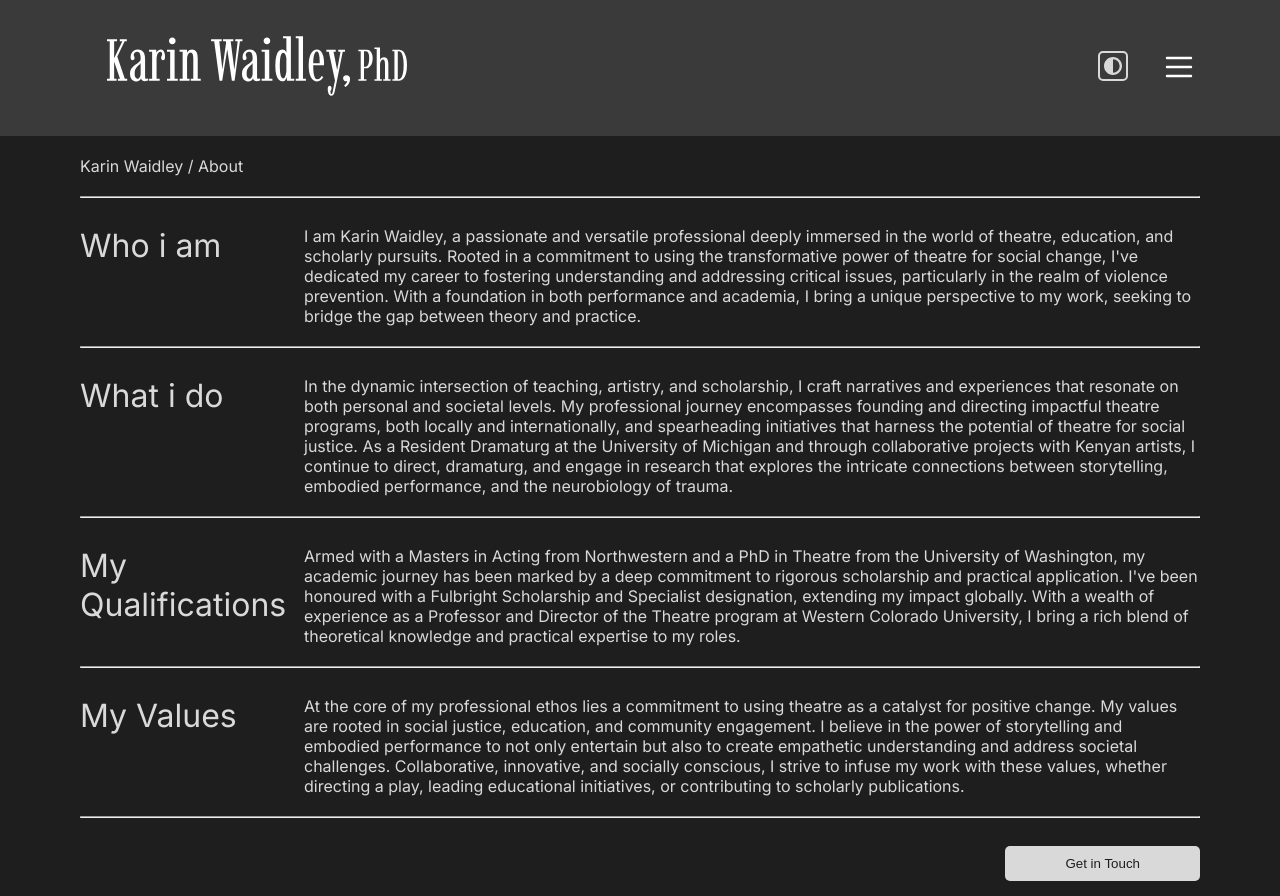
Repository: Ceasor7/Karin
Page: about.html
An editor plug-in stored every save of this project. The page is shown before and after the next save, followed by the edit.
The browser window is 1280 px wide. The pictures show the whole page.

Above is the page before, as saved 2023-12-15 21:18:51.

### about.html
<!DOCTYPE html>
<html lang="en">

<head>
    <meta charset="UTF-8">
    <meta name="viewport" content="width=device-width, initial-scale=1.0">
    <link rel="preconnect" href="https://fonts.googleapis.com">
    <link rel="preconnect" href="https://fonts.gstatic.com" crossorigin>
    <link href="https://fonts.googleapis.com/css2?family=Inter:wght@100;300;400;500;600;700;900&display=swap"
        rel="stylesheet">
    <link rel="stylesheet" href="stingo.css">
    <title>Karin Waidley,PhD | About</title>
    <style>
        ::-webkit-scrollbar {
            width: .8em;
            border-radius: .3rem;
            background-color: hsl(0, 0%, 65%);
        }

        ::-webkit-scrollbar-thumb {
            border-radius: .3rem;
            background-color: hsl(0, 0%, 55%);
        }

        ::-webkit-scrollbar-thumb:hover {
            background-color: hsl(0, 0%, 45%);
        }

        /* Global styles */
        body {
            font-family: 'Inter', sans-serif;
            background-color: var(--primary-color);
        }

        :root {
            --primary-color: #1E1E1E;
            --secondary-color: #D9D9D9;
        }

        .darkmode {
            --primary-color: #D9D9D9;
            --secondary-color: #1E1E1E;
        }

        /* about page */
        nav {
            float: left;
            width: 20%;
            font-size: 2em;
            color: var(--secondary-color);
        }

        article {
            float: left;
            width: 80%;
            margin-bottom: 20px;
            color: var(--secondary-color);
        }

        /* Clear floats after the columns */
        section::after {
            content: "";
            display: table;
            clear: both;
        }

        .about-button {
            margin-top: 20px;
            text-align: right;
            margin-bottom: 15px;
            margin-right: 80px;
        }

        .contact-button {
            padding: 10px;
            background-color: var(--secondary-color);
            color: var(--primary-color);
            padding-left: 60px;
            padding-right: 60px;
            border-radius: 5px;
            border: none;
            cursor: pointer;
        }

        .page-title {
            margin-bottom: 20px;
            color: var(--secondary-color);
        }

        /* about page */
        /* navbar */
        /* Resetting some default styles for better consistency */
        body,
        h1,
        h2,
        h3,
        p,
        ul,
        li {
            margin: 0;
            padding: 0;
            list-style: none;
        }

        /* Navbar styles */
        header {
            background-color: #3A3A3A;
            color: white;
            padding: 10px 0;
        }

        .navbar {
            display: flex;
            justify-content: space-between;
            align-items: center;
            padding: 20px;
            margin-left: 60px;
            margin-right: 60px;
        }

        .navbar-logo img {
            height: 72px;
            width: 300px;
            margin-left: 27px;
        }

        .navbar-icons {
            display: flex;
            gap: 10px;
        }

        .dark-mode-toggle {
            color: #D9D9D9;
            border: 2px solid currentColor;
            padding: 4px;
            background: transparent;
            cursor: pointer;
            border-radius: 5px;
            width: 30px;
            height: 30px;
        }

        .dark-mode-toggle,
        .svg-icon {
            margin-right: 20px;
        }

        /* Main content styles */
        section {
            margin-top: 20px;
            margin-left: 80px;
            margin-right: 80px;
        }

        /* navbar */
        /* sidebar menu */
        .sidebarmenu {
            background: transparent;
            border: none;
        }

        .sidebar {
            height: 100%;
            width: 0;
            position: fixed;
            right: 0;
            background-color: #333;
            overflow-x: hidden;
            transition: 0.5s;
            padding-top: 60px;
        }

        .sidebar a {
            padding: 8px 8px 8px 32px;
            text-decoration: none;
            font-size: 18px;
            color: white;
            display: block;
            transition: 0.3s;
        }

        .sidebar a:hover {
            color: #D9D9D9;
            padding: 16px;
        }

        .sidebar .closebtn {
            position: absolute;
            top: 0;
            right: 25px;
            font-size: 36px;
            margin-left: 50px;
        }

        #main {
            transition: margin-right .5s;
        }
    </style>
</head>

<body>
    <div id="mySidebar" class="sidebar">
        <a href="javascript:void(0)" class="closebtn" onclick="closeNav()">×</a>
        <a href="about.html">About</a>
        <a href="contact.html">Contact</a>
    </div>
    <header>
        <div class="navbar">
            <div class="navbar-logo">
                <img src="images/Karin.svg">
            </div>
            <div class="navbar-icons">
                <button id="dark-mode-toggle" class="dark-mode-toggle">
                    <svg width="100%" xmlns="http://www.w3.org/2000/svg" viewBox="0 0 496 496">
                        <path fill="currentColor"
                            d="M8,256C8,393,119,504,256,504S504,393,504,256,393,8,256,8,8,119,8,256ZM256,440V72a184,184,0,0,1,0,368Z"
                            transform="translate(-8 -8)" />
                    </svg>
                </button>
                <button class="sidebarmenu" onclick="openNav()">
                    <svg xmlns="http://www.w3.org/2000/svg" x="0px" y="0px" width="30" height="30" viewBox="0 0 50 50"
                        style="fill:#FFFFFF;">
                        <path
                            d="M 5 8 A 2.0002 2.0002 0 1 0 5 12 L 45 12 A 2.0002 2.0002 0 1 0 45 8 L 5 8 z M 5 23 A 2.0002 2.0002 0 1 0 5 27 L 45 27 A 2.0002 2.0002 0 1 0 45 23 L 5 23 z M 5 38 A 2.0002 2.0002 0 1 0 5 42 L 45 42 A 2.0002 2.0002 0 1 0 45 38 L 5 38 z">
                        </path>
                    </svg>
                </button>
            </div>
        </div>
    </header>
    <div id="main">
        <section>
            <p class="page-title">Karin Waidley / About</p>
            <hr>
        </section>

        <section>
            <nav>
                Who i am
            </nav>

            <article>
                I am Karin Waidley, a passionate and versatile professional deeply immersed in the world of theatre,
                education, and scholarly pursuits. Rooted in a commitment to using the transformative power of theatre
                for
                social change, I've dedicated my career to fostering understanding and addressing critical issues,
                particularly in the realm of violence prevention. With a foundation in both performance and academia, I
                bring a unique perspective to my work, seeking to bridge the gap between theory and practice.
            </article>
            <hr>
        </section>
        <section>
            <nav>
                What i do
            </nav>

            <article>
                In the dynamic intersection of teaching, artistry, and scholarship, I craft narratives and experiences
                that
                resonate on both personal and societal levels. My professional journey encompasses founding and
                directing
                impactful theatre programs, both locally and internationally, and spearheading initiatives that harness
                the
                potential of theatre for social justice. As a Resident Dramaturg at the University of Michigan and
                through
                collaborative projects with Kenyan artists, I continue to direct, dramaturg, and engage in research that
                explores the intricate connections between storytelling, embodied performance, and the neurobiology of
                trauma.
            </article>
            <hr>
        </section>
        <section>
            <nav>
                My Qualifications
            </nav>

            <article>
                Armed with a Masters in Acting from Northwestern and a PhD in Theatre from the University of Washington,
                my
                academic journey has been marked by a deep commitment to rigorous scholarship and practical application.
                I've been honoured with a Fulbright Scholarship and Specialist designation, extending my impact
                globally.
                With a wealth of experience as a Professor and Director of the Theatre program at Western Colorado
                University, I bring a rich blend of theoretical knowledge and practical expertise to my roles.
            </article>
            <hr>
        </section>

        <section>
            <nav>
                My Values
            </nav>

            <article>
                At the core of my professional ethos lies a commitment to using theatre as a catalyst for positive
                change.
                My values are rooted in social justice, education, and community engagement. I believe in the power of
                storytelling and embodied performance to not only entertain but also to create empathetic understanding
                and
                address societal challenges. Collaborative, innovative, and socially conscious, I strive to infuse my
                work
                with these values, whether directing a play, leading educational initiatives, or contributing to
                scholarly
                publications.
            </article>
            <hr>
        </section>
        <div class="about-button">
            <a href="contact.html">
                <button class="contact-button">Get in Touch</button>
            </a>

        </div>
    </div>
    <script>
        function openNav() {
            document.getElementById("mySidebar").style.width = "250px";
            document.getElementById("main").style.marginRight = "250px";
        }

        function closeNav() {
            document.getElementById("mySidebar").style.width = "0";
            document.getElementById("main").style.marginRight = "0";
        }
    </script>
    <script src="darkMode.js"></script>
</body>





</html>

### darkMode.js

let darkMode = localStorage.getItem('darkMode');

const darkModeToggle = document.querySelector('#dark-mode-toggle');

const enableDarkMode = () => {
  document.body.classList.add('darkmode');
  localStorage.setItem('darkMode', 'enabled');
}

const disableDarkMode = () => {

  document.body.classList.remove('darkmode');

  localStorage.setItem('darkMode', null);
}


if (darkMode === 'enabled') {
  enableDarkMode();
}

darkModeToggle.addEventListener('click', () => {

  darkMode = localStorage.getItem('darkMode');

  if (darkMode !== 'enabled') {
    enableDarkMode();
  } else {
    disableDarkMode();
  }
});

Loaded but not shown: stingo.css (no stored copy; drawn as an empty file)

After the next save:
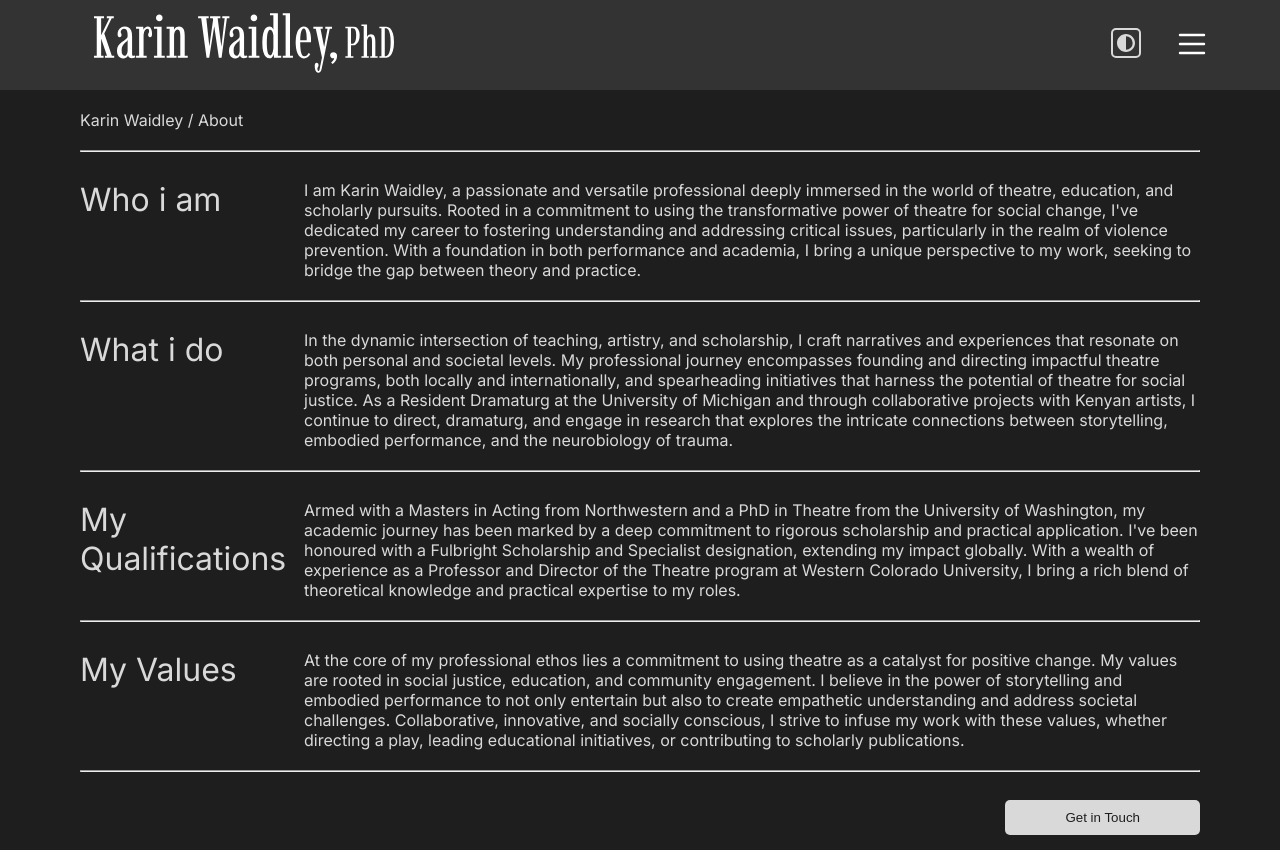
Saved 33 s later.
--- a/about.html
+++ b/about.html
@@ -104,16 +104,15 @@
 
         /* Navbar styles */
         header {
-            background-color: #3A3A3A;
+            background-color: #333;
             color: white;
-            padding: 10px 0;
         }
 
         .navbar {
             display: flex;
             justify-content: space-between;
             align-items: center;
-            padding: 20px;
+            padding: 7px;
             margin-left: 60px;
             margin-right: 60px;
         }
